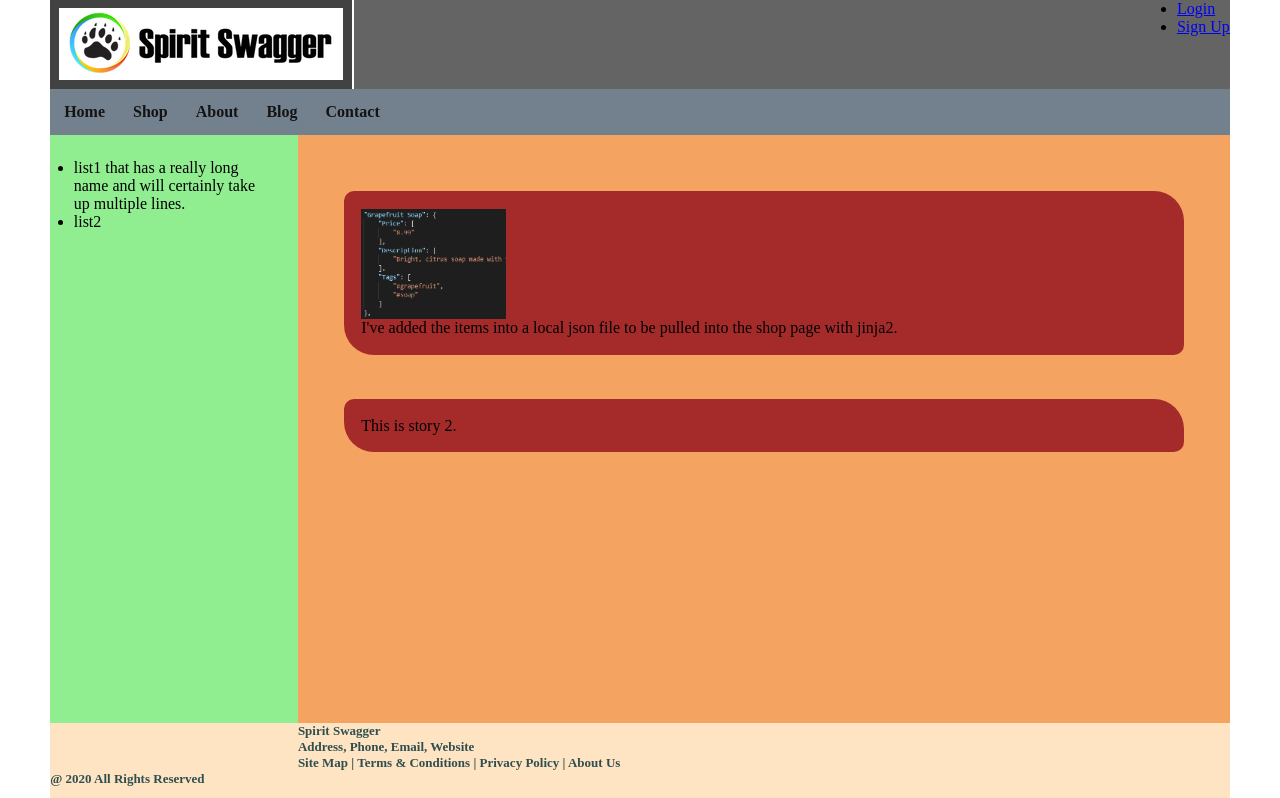
Repository: Kdewitt2/swaggersite
Page: http://localhost/home/
These files come from the project's save history. The page is drawn as it stood at one moment and after the next save; the edit follows.
The browser window is 1280 px wide. The pictures show the whole page.
The page is served by the project's application, run on Django 3.2 (manage.py).

Above is the page before, as saved 2020-10-25 10:04:50.

After the next save:
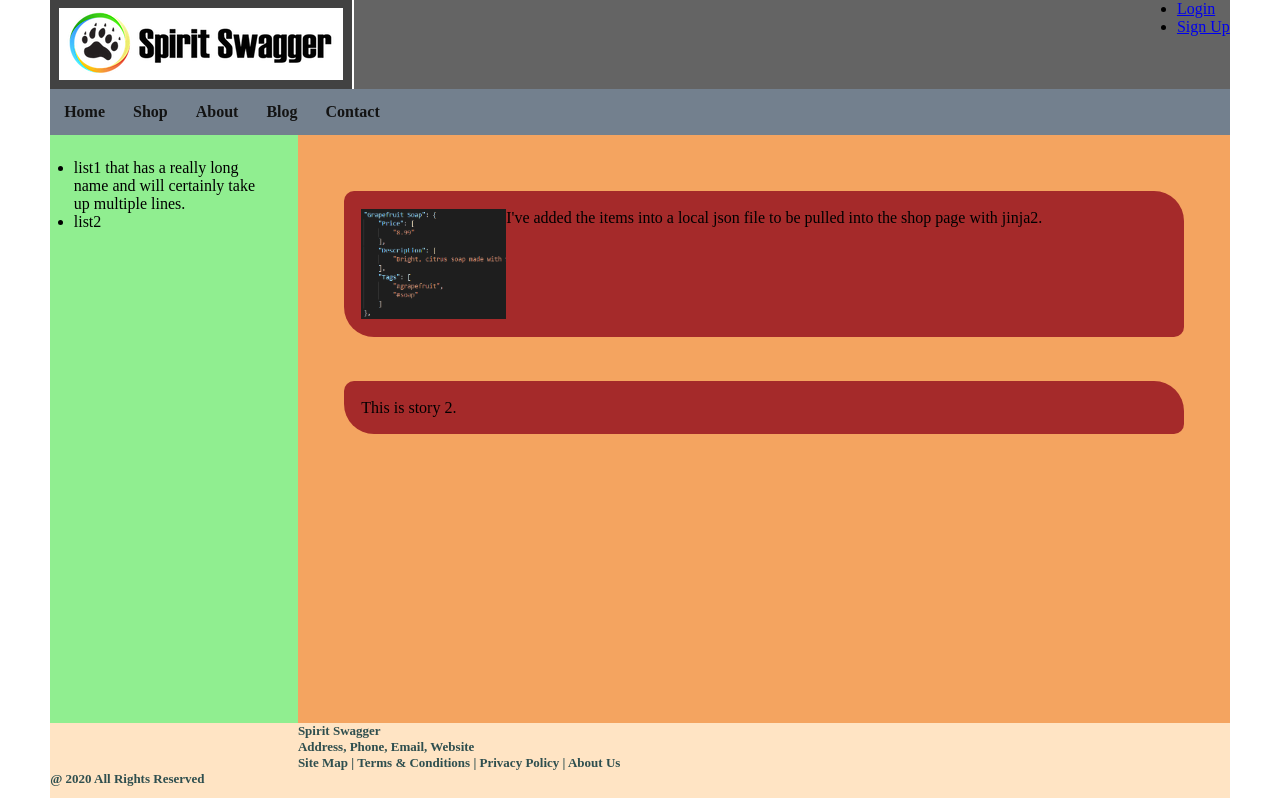
Saved 4 min 5 s later.
--- a/home/static/home/style.css
+++ b/home/static/home/style.css
@@ -94,6 +94,10 @@ nav ul {
 .newsItem img {
     max-height: 18%;
     max-width: 18%;
+    float: left;
+}
+.newsitem p {
+    top: 50%;
 }
 
 
